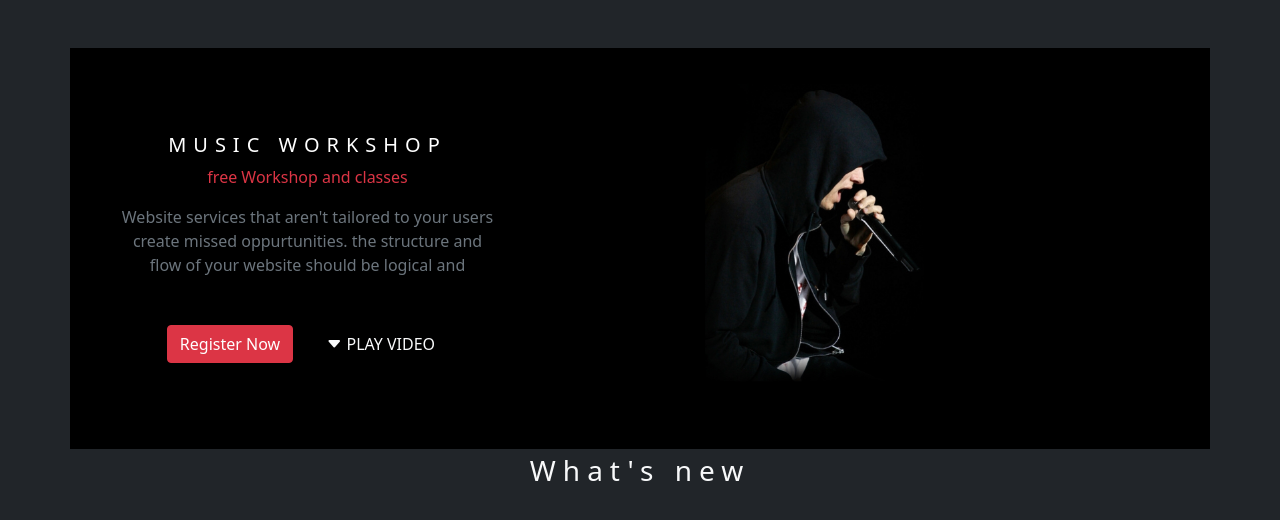
Repository: Eugene44-hub/music-workshop-site
Page: index.html
The author's editor kept a copy of each file at every save. The page is drawn from the files as they stood at one save, then again after a run of saves.
The browser window is 1280 px wide. The pictures show the whole page.
Some web libraries are served in a nearby version.

Above is the page before, as saved 2021-10-22 16:14:14.

### index.html
<!DOCTYPE html>
<html lang="en">

<head>
    <meta charset="UTF-8">
    <meta http-equiv="X-UA-Compatible" content="IE=edge">
    <meta name="viewport" content="width=device-width, initial-scale=1.0">
    <title>Document</title>
    <link rel="stylesheet" href="style.css">
    <!-- CSS only -->
    <link href="https://cdn.jsdelivr.net/npm/bootstrap@5.1.3/dist/css/bootstrap.min.css" rel="stylesheet" integrity="sha384-1BmE4kWBq78iYhFldvKuhfTAU6auU8tT94WrHftjDbrCEXSU1oBoqyl2QvZ6jIW3" crossorigin="anonymous">
    <link rel="stylesheet" href="https://cdn.jsdelivr.net/npm/bootstrap-icons@1.6.1/font/bootstrap-icons.css">
</head>

<body class="bg-dark p-5">
    <!-- registeration starts  -->
    <section id="registration">
        <div class="container">
            <div class="row text-white bg-black align-items-center" id="regImg">
                <div id="regText" class="col-lg-5 text-center p-5">
                    <h2 id="musicheader" class="text-uppercase lead"><strong>music workshop</strong> </h2>
                    <p class="text-danger"> free Workshop and classes</p>
                    <p class="text-secondary">Website services that aren't tailored to your users create missed oppurtunities. the structure and flow of your website should be logical and</p>
                    <div class="mt-5">
                        <button class="btn btn-danger mx-2">Register Now</button>
                        <button class="btn text-light mx-2"><i class="bi bi-caret-down-fill"></i> PLAY VIDEO</button>
                    </div>
                </div>
                <div class="col-md"> <img src="images/eminem.jpg" alt="" class="img-fluid"></div>

            </div>
        </div>
    </section>
    <!-- registeration ends  -->

    <!-- whats new starts -->
    <section>
        <div id="new" class='text-center text-light fs-3'>What's new</div>

    </section>
    <!-- whats new ends -->
</body>
<!-- JavaScript Bundle with Popper -->
<script src="https://cdn.jsdelivr.net/npm/bootstrap@5.1.3/dist/js/bootstrap.bundle.min.js" integrity="sha384-ka7Sk0Gln4gmtz2MlQnikT1wXgYsOg+OMhuP+IlRH9sENBO0LRn5q+8nbTov4+1p" crossorigin="anonymous"></script>

</html>

### style.css
#musicheader,
#new {
    letter-spacing: 7px
}


/* #regImg {
    background-image: url('images/eminem.jpg');
    background-repeat: no-repeat;
    background-position-x: left;
    background-position-y: top;
    background-size: auto;
    background-size: cover;
} */

After the next 2 saves:
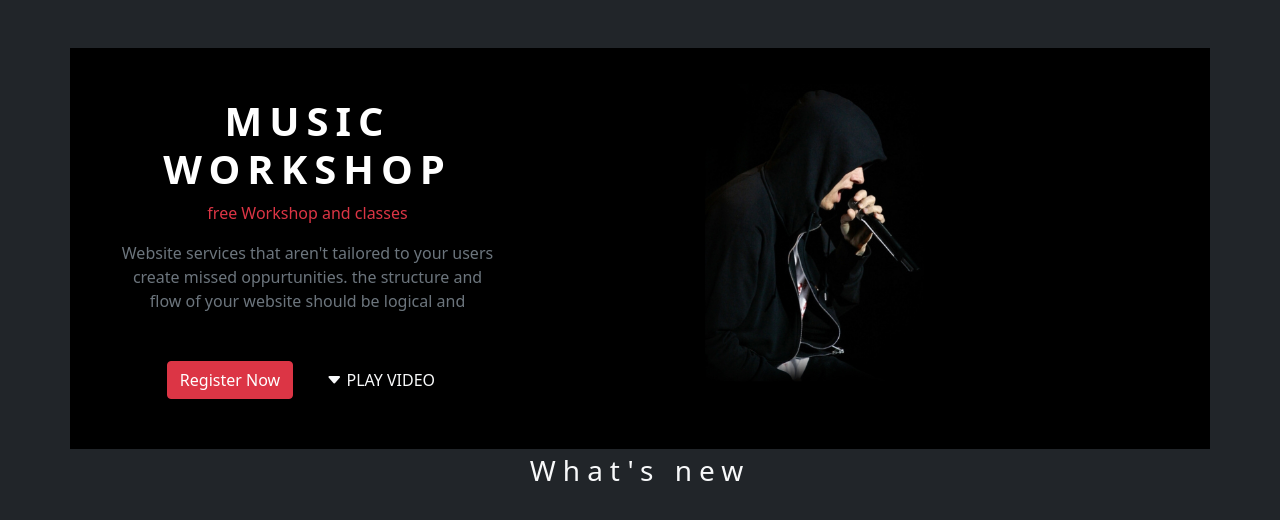
The 2 saves are shown as one change because they came seconds apart.
The last was saved 26 s later.
--- a/index.html
+++ b/index.html
@@ -18,7 +18,7 @@
         <div class="container">
             <div class="row text-white bg-black align-items-center" id="regImg">
                 <div id="regText" class="col-lg-5 text-center p-5">
-                    <h2 id="musicheader" class="text-uppercase lead"><strong>music workshop</strong> </h2>
+                    <h2 id="musicheader" class="text-uppercase fs-1"><strong>music workshop</strong> </h2>
                     <p class="text-danger"> free Workshop and classes</p>
                     <p class="text-secondary">Website services that aren't tailored to your users create missed oppurtunities. the structure and flow of your website should be logical and</p>
                     <div class="mt-5">
